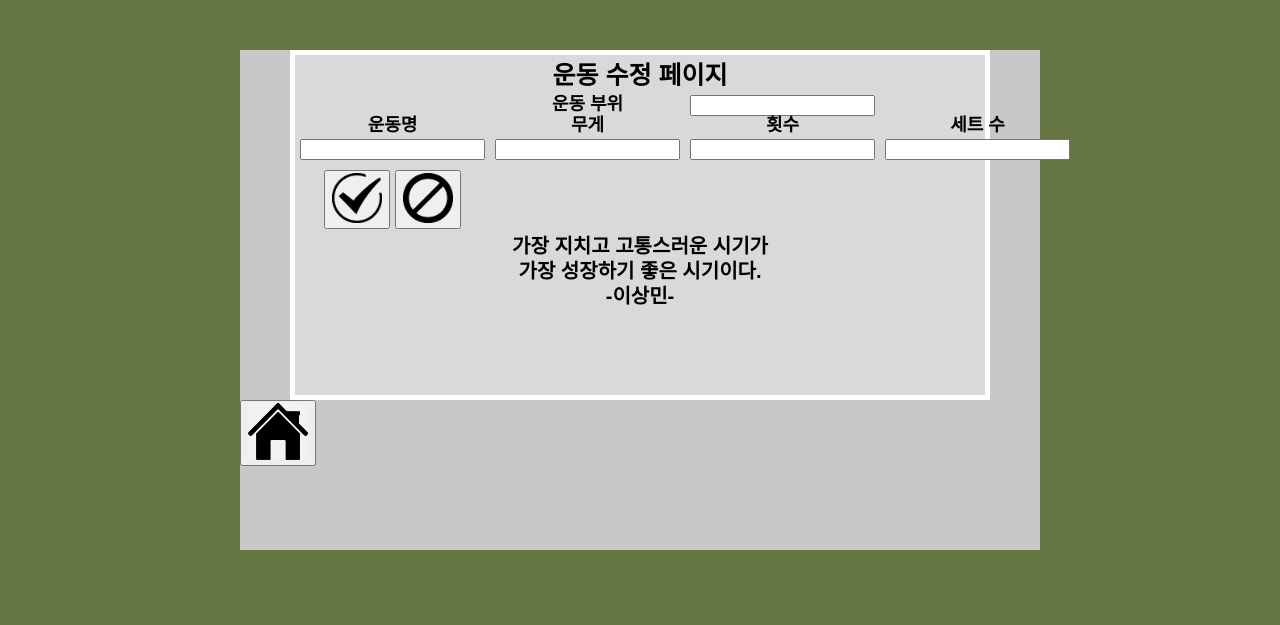
Repository: Up-Min/hrdkorea
Page: http://localhost/jsp_workout/wk_edit.jsp
An editor plug-in stored every save of this project. The page is shown before and after the next save, followed by the edit.
The browser window is 1280 px wide. The pictures show the whole page.
The page is served by Tomcat 9. Other server files are loaded and not shown. The template is opened directly, without the code that normally fills it, so the values that code supplies are empty.

Above is the page before, as saved 2022-12-31 07:35:24.

### jsp_workout/src/main/webapp/wk_edit.jsp
<%@ page language="java" contentType="text/html; charset=UTF-8"
    pageEncoding="UTF-8"%>
    <%@ taglib prefix="c" uri="http://java.sun.com/jsp/jstl/core"%>
<!DOCTYPE html>
<html style="background-color: #667643;">
<head>
<meta charset="UTF-8">
<title>Insert title here</title>
<link rel="stylesheet" href="./css/style.css" />
</head>
<style>




body{
width: 800px;
height : 500px;
margin: 0 auto;
}

.workout{
width: 700px;
	height : 350px;
	text-align: center;
	color: black;
	border: 5px solid white;
	margin: 0 auto;
	margin-top: 50px;
	font-size: 18px;
	background-color: #D9D9D9;
}

.title{
	font-size: 25px;
	line-height: 30px;
	padding: 5px;
}

table{
	text-align: center;
	margin: 0 auto;

}

td{
	padding: 5px;
}

.good{
	font-size: 20px;
	line-height: 25px;
}

</style>

<body>
	<%
	String num = request.getParameter("user_num");
	String wnum = request.getParameter("work_num");
	%>

	<div class="workout">
		<form action="update" method="post">
		<input type="hidden" name="user_num" value="${user_num}">
		<input type="hidden" name="wk_number" value="${workout.wk_number}">
		<input type="hidden" name="ex_number" value="${workout.ex_number}">
		<input type="hidden" name="user_id" value="${user_id}">
		<input type="hidden" name="user_pwd" value="${user_pwd}">
			<div class="day">
			<p class="title"> 운동 수정 페이지 </p>
				<table>
					<tr>
						<th> </th>
						<th>운동 부위 </th>
						<th><input type="text" name="wk_part" maxlength="20" value="${workout.wk_part}" readonly> </th>
						<th></th>
					</tr>
					<tr>
						<th>운동명</th>
						<th>무게</th>
						<th>횟수</th>
						<th>세트 수</th>
					</tr>
					<tr>
						<td><input type="text" name="ex_name" maxlength="40" value="${workout.ex_name}"></td>
						<td><input type="text" name="ex_weight" maxlength="20" value="${workout.ex_weight}"></td>
						<td><input type="text" name="ex_reps" maxlength="20" value="${workout.ex_reps}"></td>
						<td><input type="text" name="ex_sets" maxlength="20" value="${workout.ex_sets}"></td>
					</tr>
					<tr>
						<td colspan="1">
							<button type = "submit"><img alt="check" src="./img/check.png" width="50px"></button>
							<button onclick="chk_cancel(); return false;"> <img alt="나가기" src="./img/cancel.png" width="50px"> </button>
						</td>
					</tr>

				</table>
			</div>
		</form>
		<p class="good">
			가장 지치고 고통스러운 시기가 <br> 가장 성장하기 좋은 시기이다. <br>
			<b> -이상민- </b>
		</p>

	</div>

			<button onclick="location.href = 'signin?user_id=${user_id}&user_pwd=${user_pwd}'"> <img alt="홈으로" src="./img/home.png" width="60px"> </button>

	<script type="text/javascript" src="./script.js"></script>
</body>

</html>

### jsp_workout/src/main/webapp/css/style.css
@charset "UTF-8";
@import url('./reset.css');

* { box-sizing: border-box; }
.video-background {
  background: #000;
  position: fixed;
  top: 0; right: 0; bottom: 0; left: 0;
  z-index: -99;
}
.video-foreground,
.video-background iframe {
  position: absolute;
  top: 0;
  left: 0;
  width: 100%;
  height: 100%;
  pointer-events: none;
}
#vidtop-content {
    top: 0;
    color: #fff;
}
.vid-info { position: absolute; top: 0; right: 0; width: 33%; background: rgba(0,0,0,0.3); color: #fff; padding: 1rem; font-family: Avenir, Helvetica, sans-serif; }
.vid-info h1 { font-size: 2rem; font-weight: 700; margin-top: 0; line-height: 1.2; }
.vid-info a { display: block; color: #fff; text-decoration: none; background: rgba(0,0,0,0.5); transition: .6s background; border-bottom: none; margin: 1rem auto; text-align: center; }
@media all and (max-width: 600px) {
.vid-info { width: 50%; padding: .5rem; }
.vid-info h1 { margin-bottom: .2rem; }
}
@media all and (max-width: 500px) {
.vid-info .acronym { display: none; }
}

*,:after,:before{box-sizing:border-box}
.clearfix:after,.clearfix:before{content:'';display:table}
.clearfix:after{clear:both;display:block}
a{color:inherit;text-decoration:none}

.login-wrap{
  width:100%;
  margin:auto;
  max-width:525px;
  min-height:670px;
  position:relative;
  box-shadow:0 12px 15px 0 rgba(0,0,0,.24),0 17px 50px 0 rgba(0,0,0,.19);
}
.login-html{
  width:100%;
  height:100%;
  position:absolute;
  padding:90px 70px 50px 70px;
  background:rgba(40,57,101,.9);
}
.login-html .sign-in-htm,
.login-html .sign-up-htm{
  top:0;
  left:0;
  right:0;
  bottom:0;
  position:absolute;
  transform:rotateY(180deg);
  backface-visibility:hidden;
  transition:all .4s linear;
}
.login-html .sign-in,
.login-html .sign-up,
.login-form .group .check{
  display:none;
}
.login-html .tab,
.login-form .group .label,
.login-form .group .button{
  text-transform:uppercase;
}
.login-html .tab{
  font-size:22px;
  margin-right:15px;
  padding-bottom:5px;
  margin:0 15px 10px 0;
  display:inline-block;
  border-bottom:2px solid transparent;
}
.login-html .sign-in:checked + .tab,
.login-html .sign-up:checked + .tab{
  color:#fff;
  border-color:#1161ee;
}
.login-form{
  min-height:345px;
  position:relative;
  perspective:1000px;
  transform-style:preserve-3d;
}
.login-form .group{
  margin-bottom:15px;
}
.login-form .group .label,
.login-form .group .input,
.login-form .group .button{
  width:100%;
  color:#fff;
  display:block;
}
.login-form .group .input,
.login-form .group .button{
  border:none;
  padding:15px 20px;
  border-radius:25px;
  background:rgba(255,255,255,.1);
}
.login-form .group input[data-type="password"]{
  text-security:circle;
  -webkit-text-security:circle;
}
.login-form .group .label{
  color:#aaa;
  font-size:12px;
}
.login-form .group .button{
  background:#1161ee;
}
.login-form .group label .icon{
  width:15px;
  height:15px;
  border-radius:2px;
  position:relative;
  display:inline-block;
  background:rgba(255,255,255,.1);
}
.login-form .group label .icon:before,
.login-form .group label .icon:after{
  content:'';
  width:10px;
  height:2px;
  background:#fff;
  position:absolute;
  transition:all .2s ease-in-out 0s;
}
.login-form .group label .icon:before{
  left:3px;
  width:5px;
  bottom:6px;
  transform:scale(0) rotate(0);
}
.login-form .group label .icon:after{
  top:6px;
  right:0;
  transform:scale(0) rotate(0);
}
.login-form .group .check:checked + label{
  color:#fff;
}
.login-form .group .check:checked + label .icon{
  background:#1161ee;
}
.login-form .group .check:checked + label .icon:before{
  transform:scale(1) rotate(45deg);
}
.login-form .group .check:checked + label .icon:after{
  transform:scale(1) rotate(-45deg);
}
.login-html .sign-in:checked + .tab + .sign-up + .tab + .login-form .sign-in-htm{
  transform:rotate(0);
}
.login-html .sign-up:checked + .tab + .login-form .sign-up-htm{
  transform:rotate(0);
}

body{
  margin:0;
  color:#6a6f8c;
  background:#c8c8c8;
  font:600 16px/18px 'Open Sans',sans-serif;
}

.all{
	top : 100px;
	width: 800px;

}

ul{
	list-style: none;
}

tr:hover{
	cursor: pointer;
}

.hr{
  height:2px;
  margin:60px 0 50px 0;
  background:rgba(255,255,255,.2);
}
.foot-lnk{
  text-align:center;
}

### jsp_workout/src/main/webapp/script.js
/**
 *
 */

 function signup(){
	 var f = document.signup_form;

	 if(f.user_id == ''){
		 alert ("아이디를 입력해 주십시오.");
		 return false;
	 }
	 if(f.user_pwd == ''){
		 alert ("비밀번호를 입력해 주십시오.");
		 return false;
	 }
	 if(f.user_email == ''){
		 alert ("이메일 주소를 입력해 주십시오.");
		 return false;
	 }

	 alert("회원가입이 완료 되었습니다!");
	 f.submit();
 }

 function chk_form(){
	 var f = document.wk_insert;
	 f.submit();
 }

 function chk_cancel(user_id, user_pwd){
	 const result = confirm("하시던 운동을 취소하시겠습니까?");
	 if(result){
	 location.href = "/jsp_workout/main?user_id="+user_id +"&user_pwd="+user_pwd;
	 }else{
		 return false;
	 }
 }

### jsp_workout/src/main/webapp/css/reset.css
/* 홈페이지 초기화 reset.css */

/* http://meyerweb.com/eric/tools/css/reset/
   v2.0 | 20110126
   License: none (public domain)
*/

html, body, div, span, applet, object, iframe,
h1, h2, h3, h4, h5, h6, p, blockquote, pre,
a, abbr, acronym, address, big, cite, code,
del, dfn, em, img, ins, kbd, q, s, samp,
small, strike, strong, sub, sup, tt, var,
b, u, i, center,
dl, dt, dd, ol, ul, li,
fieldset, form, label, legend,
table, caption, tbody, tfoot, thead, tr, th, td,
article, aside, canvas, details, embed,
figure, figcaption, footer, header, hgroup,
menu, nav, output, ruby, section, summary,
time, mark, audio, video {
	margin: 0;
	padding: 0;
	border: 0;
	font-size: 100%;
	font: inherit;
	vertical-align: baseline;
	font-family: 'Jua', sans-serif;
}
/* HTML5 display-role reset for older browsers */
article, aside, details, figcaption, figure,
footer, header, hgroup, menu, nav, section {
	display: block;
}
body {
	line-height: 1;
}
ol, ul {
	list-style: none;
}
blockquote, q {
	quotes: none;
}
blockquote:before, blockquote:after,
q:before, q:after {
	content: '';
	content: none;
}
table {
	border-collapse: collapse;
	border-spacing: 0;
}

/* 추가 */

a { text-decoration: none !important;
	color: black;
}

header, footer, section {
	box-sizing:border-box;
}

iframe { /* 영상때문에 쓰임. 영상 크기 맞춰둠. */
	width: 100%;
}

After the next save:
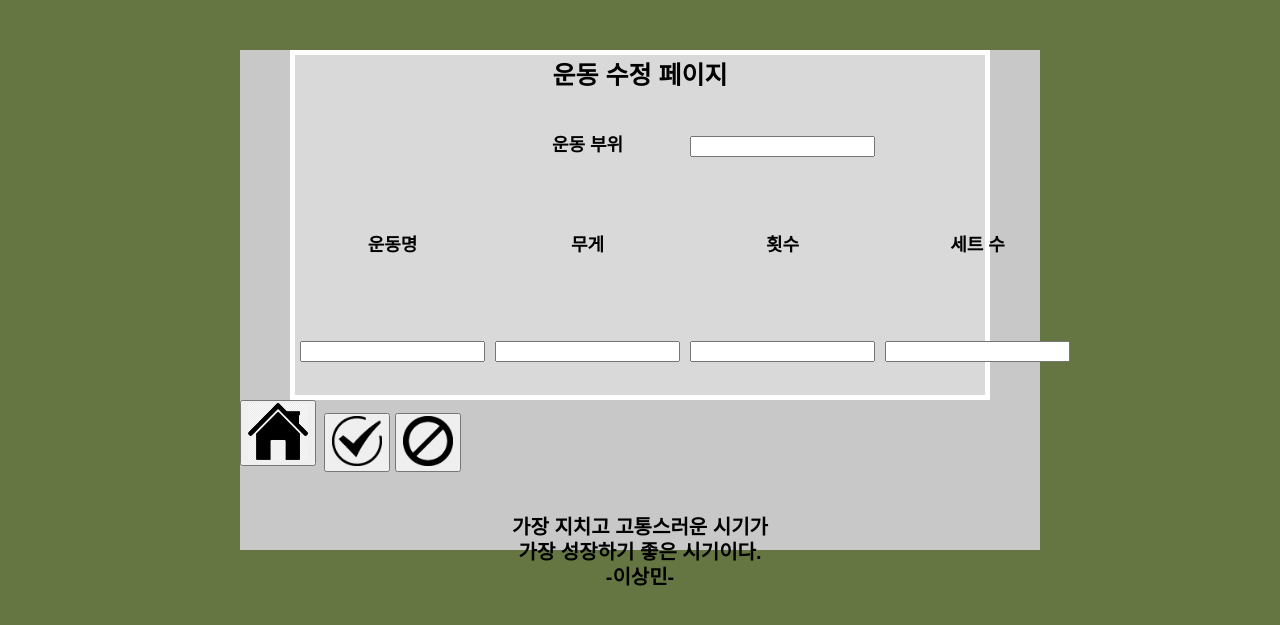
Saved 24 s later.
--- a/jsp_workout/src/main/webapp/wk_edit.jsp
+++ b/jsp_workout/src/main/webapp/wk_edit.jsp
@@ -20,6 +20,7 @@
 }
 
 .workout{
+line-height : 100px;
 width: 700px;
 	height : 350px;
 	text-align: center;

After the 2 saves that followed:
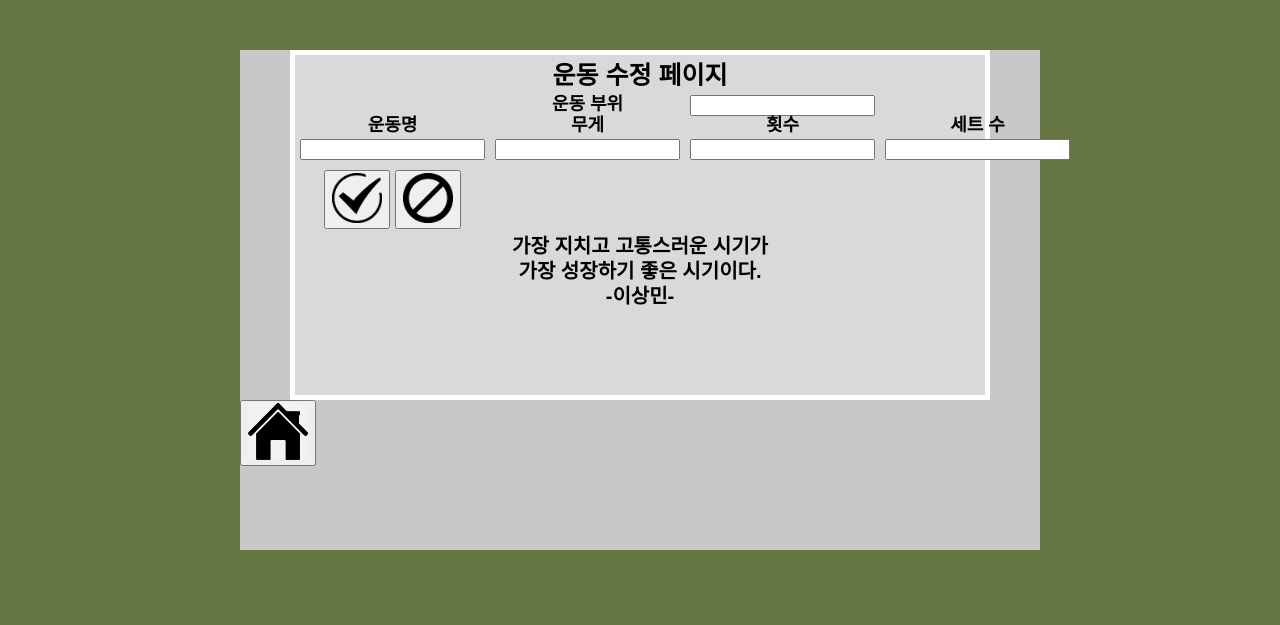
The 2 saves are shown as one change because 1 left the picture as it was.
The last was saved 15 s later.
--- a/jsp_workout/src/main/webapp/wk_edit.jsp
+++ b/jsp_workout/src/main/webapp/wk_edit.jsp
@@ -20,7 +20,7 @@
 }
 
 .workout{
-line-height : 100px;
+
 width: 700px;
 	height : 350px;
 	text-align: center;
